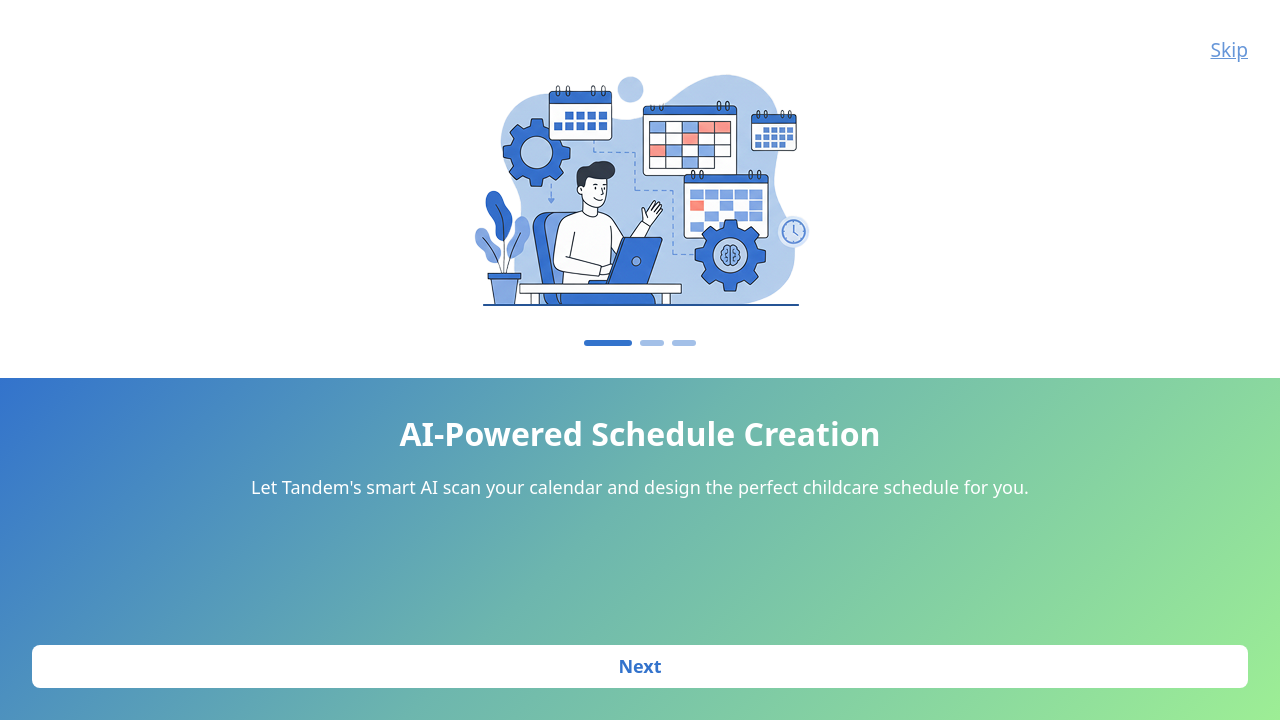
Repository: IDSP-TRADECARE/Tandem
Page: /boarding/features
These files come from the project's save history. The page is drawn as it stood at one moment and after the next save; the edit follows.
The browser window is 1280 px wide. The pictures show the whole page.
The page's requests for data from a server got no answer. Some web fonts or font styles are not loaded; a fallback is used. The project was rebuilt for these pictures with package versions that can differ from the ones it lists, and the page was loaded fresh each time. Some packages were replaced by stand-ins written for this rebuild. The framework's server and built-in components were replaced by stand-ins that run in the browser. No one was signed in, and anything a server would have sent is missing. Also part of the build but not shown: next.config.ts, src/app/components/auth/AuthGuard.tsx.

Above is the page before, as saved 2025-11-23 00:18:24.

### src/app/layout.tsx
/* eslint-disable @next/next/no-page-custom-font */
import { ClerkProvider } from '@clerk/nextjs'
import { SocketProvider } from '@/lib/socket/SocketContext'
import './globals.css'
import type { Metadata } from "next";
import { AuthWrapper } from './components/auth/AuthWrapper';


export const metadata: Metadata = {
  title: "Tandem",
  description: "Share childcare with your community",
  icons: {
    icon: 'brand/logoColor.svg',
  },
};

export default function RootLayout({
  children,
}: Readonly<{
  children: React.ReactNode;
}>) {
  return (
    <ClerkProvider>
      <html lang="en">
        <head>
          {/* Omnes Pro from Adobe Fonts */}
          <link rel="stylesheet" href="https://use.typekit.net/pku8yek.css" />

          {/* Alan Sans from Google Fonts */}
          <link rel="preconnect" href="https://fonts.googleapis.com" />
          <link rel="preconnect" href="https://fonts.gstatic.com" crossOrigin="anonymous" />
          <link href="https://fonts.googleapis.com/css2?family=Alan+Sans:wght@300..900&display=swap" rel="stylesheet" />
        </head>
        <body className="antialiased">
          <SocketProvider>
            <AuthWrapper>
              {children}
            </AuthWrapper>
          </SocketProvider>
        </body>
      </html>
    </ClerkProvider>
  )
}

### src/app/boarding/features/page.tsx
"use client";
import { useState } from "react";
import { useRouter } from "next/navigation";
import styles from "./features.module.css";

const features = [
    {
        id: 1,
        title: "AI-Powered Schedule Creation",
        description:
            "Let Tandem's smart AI scan your calendar and design the perfect childcare schedule for you.",
        imgSrc: "/boarding/Graphic-ai-powered-feature1.png",
    },
    {
        id: 2,
        title: "Seamless Nanny Booking",
        description:
            "Effortlessly discover and book reliable nannies tailored to your family's needs.",
        imgSrc: "/boarding/Seamless-nanny-booking-feature2.png",
    },
    {
        id: 3,
        title: "Intelligent Nanny Sharing",
        description:
            "Team up with nearby families to share trusted nannies, cutting costs while building lasting connections.",
        imgSrc: "/boarding/Intelligent-nanny-sharing-feature3.png",
    },
];

export default function FeaturesPage() {
    const [currentIndex, setCurrentIndex] = useState(0);
    const router = useRouter();

    const handleNext = () => {
        if (currentIndex < features.length - 1) {
            setCurrentIndex(currentIndex + 1);
        } else {
            router.push("./sign-up");
        }
    };

    const handleSkip = () => {
        router.push("./sign-up");
    };

    const handlePrevious = () => {
        if (currentIndex > 0) {
            setCurrentIndex(currentIndex - 1);
        }
    };

    const currentFeature = features[currentIndex];
    const showPrevious = currentIndex > 0;

    return (
        <div className={styles.container}>
            <button
                className={styles.skipButton}
                onClick={handleSkip}
            >
                Skip
            </button>

            <div className={styles.imageSection}>
                <div className={styles.imageContainer}>
                    <img
                        src={currentFeature.imgSrc}
                        alt={`Feature ${currentFeature.id}`}
                    />
                </div>
                <div className={styles.progressDots}>
                    {features.map((_, index) => (
                        <div
                            key={index}
                            className={`${styles.dot} ${
                                index === currentIndex ? styles.active : ""
                            }`}
                        />
                    ))}
                </div>
            </div>

            <div className={styles.contentButtons}>
                <div className={styles.content}>
                    <h1 className={styles.title}>{currentFeature.title}</h1>
                    <p className={styles.description}>
                        {currentFeature.description}
                    </p>
                </div>
                <div className={styles.navigationButtons}>
                    {showPrevious && (
                        <button
                            className={styles.previousButton}
                            onClick={handlePrevious}
                        >
                            Previous
                        </button>
                    )}
                    <button
                        className={styles.nextButton}
                        onClick={handleNext}
                    >
                        Next
                    </button>
                </div>
            </div>
        </div>
    );
}

### src/lib/socket/SocketContext.tsx
'use client';

import { createContext, useContext, useEffect, useState } from 'react';
import { io, Socket } from 'socket.io-client';
import { ClientToServerEvents, ServerToClientEvents } from './types';

type TypedSocket = Socket<ServerToClientEvents, ClientToServerEvents>;

interface SocketContextType {
  socket: TypedSocket | null;
  isConnected: boolean;
}

const SocketContext = createContext<SocketContextType>({
  socket: null,
  isConnected: false,
});

export function SocketProvider({ children }: { children: React.ReactNode }) {
  const [socket, setSocket] = useState<TypedSocket | null>(null);
  const [isConnected, setIsConnected] = useState(false);

  useEffect(() => {
    const socketUrl = process.env.NEXT_PUBLIC_SOCKET_URL || 'http://localhost:3001';

    console.log('Connecting to Socket.IO server:', socketUrl);

    const socketInstance: TypedSocket = io(socketUrl, {
      transports: ['websocket', 'polling'],
    });

    socketInstance.on('connect', () => {
      console.log('✅ Socket connected:', socketInstance.id);
      setIsConnected(true);
    });

    socketInstance.on('disconnect', () => {
      console.log('❌ Socket disconnected');
      setIsConnected(false);
    });

    socketInstance.on('connect_error', (error) => {
      console.error('Socket connection error:', error);
      setIsConnected(false);
    });

    setSocket(socketInstance);

    return () => {
      socketInstance.disconnect();
    };
  }, []);

  return (
    <SocketContext.Provider value={{ socket, isConnected }}>
      {children}
    </SocketContext.Provider>
  );
}

export const useSocket = () => useContext(SocketContext);

### src/app/globals.css
@import "tailwindcss";

@theme {
  /* Font families */
  --font-family-alan: "Alan Sans", sans-serif;
  --font-family-omnes: "omnes-pro", sans-serif;

  /* Primary Colors */
  --color-primary: #3373cc;
  --color-primary-lighter: #a3c0e8;
  --color-primary-light: #91b3e3;
  --color-primary-light-hover: #91b3e3;
  --color-primary-light-active: #7aa4de;
  --color-primary-hover: #2b62ad;
  --color-primary-active: #255495;
  --color-primary-dark: #122847;
  --color-primary-dark-hover: #0d1d33;
  --color-primary-dark-active: #060d16;

  /* Secondary Colors */
  --color-secondary: #92f189;
  --color-secondary-lighter: #cef9ca;
  --color-secondary-light: #c4f7bf;
  --color-secondary-light-hover: #c4f7bf;
  --color-secondary-light-active: #b8f6b2;
  --color-secondary-hover: #7ccd74;
  --color-secondary-active: #6bb064;
  --color-secondary-dark: #335430;
  --color-secondary-dark-hover: #253c22;
  --color-secondary-dark-active: #101b0f;

  /* Analogous Colors */
  --color-analogous: #68d5ff;
  --color-analogous-lighter: #bbecff;
  --color-analogous-light: #ade8ff;
  --color-analogous-light-hover: #ade8ff;
  --color-analogous-light-active: #9de4ff;
  --color-analogous-hover: #58b5d9;
  --color-analogous-active: #4c9bba;
  --color-analogous-dark: #244b59;
  --color-analogous-dark-hover: #1a3540;
  --color-analogous-dark-active: #0b171c;

  /* Success */
  --color-success: #95b548;

  /* Warning */
  --color-warning: #d78f26;

  /* Error */
  --color-error: #c43535;

  /* Neutral Colors */
  --color-neutral-50: #e6e6e8;
  --color-neutral-100: #b0b0b8;
  --color-neutral-200: #8a8a96;
  --color-neutral-300: #545466;
  --color-neutral-400: #333349;
  --color-neutral-500: #00001b;
  --color-neutral-600: #000019;
  --color-neutral-700: #000013;
  --color-neutral-800: #00000f;
  --color-neutral-900: #00000b;
}

@layer base {
  :root {
    /* Semantic mappings for shadcn */
    --background: 0 0% 100%;
    --foreground: var(--color-neutral-500);
    --card: 0 0% 100%;
    --card-foreground: var(--color-neutral-500);
    --popover: 0 0% 100%;
    --popover-foreground: var(--color-neutral-500);
    --primary-foreground: 0 0% 98%;
    --secondary-foreground: var(--color-neutral-500);
    --muted: var(--color-neutral-50);
    --muted-foreground: var(--color-neutral-300);
    --accent: var(--color-analogous-light);
    --accent-foreground: var(--color-neutral-500);
    --destructive: var(--color-error);
    --destructive-foreground: 0 0% 98%;
    --border: var(--color-neutral-100);
    --input: var(--color-neutral-100);
    --ring: var(--color-primary);
    --radius: 0.5rem;
    --gradient-primary: linear-gradient(135deg, #3373CC 0%, #6DB6AE 46%, #9DEE95 100%);
  }

  .dark {
    --background: var(--color-neutral-500);
    --foreground: 0 0% 98%;
    --card: var(--color-neutral-400);
    --card-foreground: 0 0% 98%;
    --popover: var(--color-neutral-400);
    --popover-foreground: 0 0% 98%;
    --primary-foreground: var(--color-neutral-500);
    --secondary-foreground: 0 0% 98%;
    --muted: var(--color-neutral-300);
    --muted-foreground: var(--color-neutral-100);
    --accent: var(--color-analogous-dark);
    --accent-foreground: 0 0% 98%;
    --destructive-foreground: 0 0% 98%;
    --border: var(--color-neutral-300);
    --input: var(--color-neutral-300);
    --ring: var(--color-primary-light);
    --gradient-primary: linear-gradient(135deg, #3373CC 0%, #6DB6AE 46%, #9DEE95 100%);
  }

  /* Font utilities */
  .font-alan {
    font-family: var(--font-family-alan);
    font-optical-sizing: auto;
  }

  .font-omnes {
    font-family: var(--font-family-omnes);
  }
}

/* FullCalendar Custom Styles */
.fullcalendar-container {
  font-family: inherit;
}

.fc {
  font-size: 14px;
}

.fc .fc-toolbar-title {
  font-size: 1.5rem;
  font-weight: 700;
  color: var(--color-primary);
}

.fc .fc-button {
  background-color: var(--color-primary);
  border-color: var(--color-primary);
  color: white;
  border-radius: 8px;
  padding: 6px 12px;
  font-weight: 600;
}

.fc .fc-button:hover {
  background-color: var(--color-primary-hover);
  border-color: var(--color-primary-hover);
}

.fc .fc-button-active {
  background-color: var(--color-primary-dark);
  border-color: var(--color-primary-dark);
}

.fc .fc-col-header-cell {
  background-color: var(--color-neutral-50);
  padding: 12px;
  font-weight: 600;
  color: var(--color-primary);
}

.fc .fc-daygrid-day-number {
  font-weight: 600;
  color: var(--color-primary);
  padding: 8px;
}

.fc .fc-daygrid-day.fc-day-today {
  background-color: var(--color-primary-lighter) !important;
}

.fc .fc-event {
  border-radius: 6px;
  padding: 4px 6px;
  font-size: 12px;
  font-weight: 600;
  cursor: pointer;
}

.fc .fc-timegrid-event {
  border-radius: 6px;
  padding: 4px;
}

.fc .fc-timegrid-slot {
  height: 3em;
}

.fc .fc-scrollgrid {
  border-color: var(--neutral-100) !important;
}

@layer utilities {
  .bg-gradient-primary {
    background: var(--gradient-primary);
  }
}

### src/app/components/auth/AuthWrapper.tsx
'use client';

import { usePathname } from 'next/navigation';
import { AuthGuard } from './AuthGuard';

export function AuthWrapper({ children }: { children: React.ReactNode }) {
  const pathname = usePathname();

  // Routes that don't require authentication
  const publicRoutes = ['/boarding/features', '/sign-in', '/sign-up'];
  const isPublicRoute = pathname === '/' || publicRoutes.some(route => pathname?.startsWith(route));

  if (isPublicRoute) {
    return <>{children}</>;
  }

  return <AuthGuard>{children}</AuthGuard>;
}

### src/app/boarding/features/features.module.css
.container {
    min-height: 100vh;
    display: flex;
    flex-direction: column;
    background: #fff;
}

.skipButton {
    position: absolute;
    top: 1.75rem;
    right: 1rem;
    background: none;
    border: none;
    color: var(--color-primary);
    font-size: 1.2rem;
    cursor: pointer;
    z-index: 10;
    padding: 0.5rem 1rem;
    text-decoration: underline;
    opacity: 0.75;
}

.imageSection {
    flex: 1;
    display: flex;
    flex-direction: column;
    align-items: center;
    justify-content: center;
    background: #fff;
    padding: 1rem 0;
    position: relative;
}

.imageContainer {
    flex: 1;
    display: flex;
    align-items: center;
    justify-content: center;
    width: 100%;
}

.imageContainer img {
    max-width: 100%;
    height: auto;
    object-fit: contain;
}

.progressDots {
    display: flex;
    gap: 0.5rem;
    justify-content: center;
    padding: 1rem 0;
}

.dot {
    width: 1.5rem;
    height: 0.375rem;
    border-radius: 0.25rem;
    background-color: var(--color-primary-lighter);
    transition: all 0.5s;
}

.dot.active {
    background: var(--color-primary);
    width: 3rem;
}

.contentButtons {
    background: var(--gradient-primary);
    padding: 2rem;
    width: 100%;
    display: flex;
    flex-direction: column;
    gap: 9rem;
}

.content {
    display: flex;
    flex-direction: column;
    align-items: center;
    text-align: center;
}

.title {
    font-size: 2rem;
    font-weight: bold;
    color: #fff;
    margin-bottom: 1rem;
}

.description {
    font-size: 1.125rem;
    color: #fff;
    margin-bottom: 0;
}

.navigationButtons {
    display: flex;
    gap: 1rem;
    width: 100%;
}

.previousButton {
    flex: 1;
    padding: 0.5rem;
    background: rgba(255, 255, 255, 0.2);
    color: #fff;
    border: 1px solid #fff;
    border-radius: 0.5rem;
    font-size: 1.125rem;
    font-weight: bold;
    cursor: pointer;
    transition: all 0.3s;
}

.previousButton:hover {
    background: rgba(255, 255, 255, 0.3);
}

.previousButton:active {
    opacity: 0.8;
}

.nextButton {
    flex: 1;
    padding: 0.5rem;
    background: #fff;
    color: var(--color-primary);
    border: none;
    border-radius: 0.5rem;
    font-size: 1.125rem;
    font-weight: bold;
    cursor: pointer;
    transition: opacity 0.3s;
}

.nextButton:hover {
    opacity: 0.9;
}

.nextButton:active {
    opacity: 0.8;
}

After the next save:
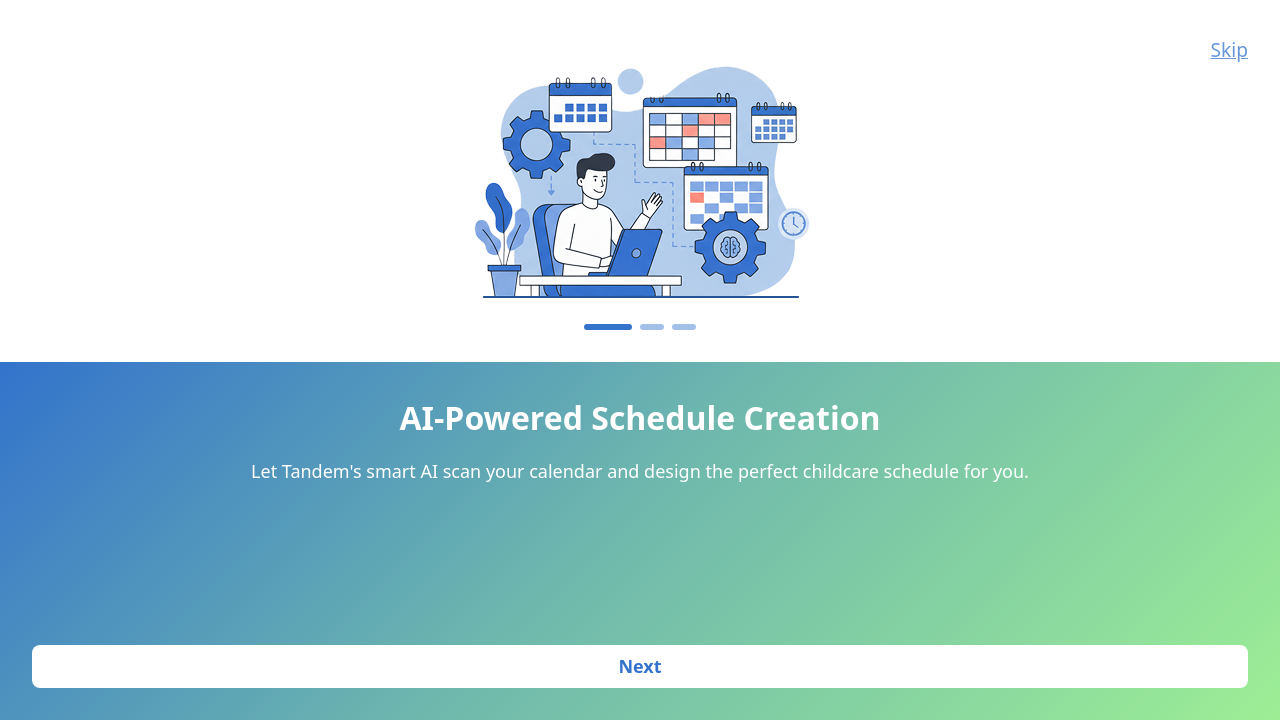
Saved 21 s later.
--- a/src/app/boarding/features/features.module.css
+++ b/src/app/boarding/features/features.module.css
@@ -71,7 +71,7 @@
     width: 100%;
     display: flex;
     flex-direction: column;
-    gap: 9rem;
+    gap: 10rem;
 }
 
 .content {
